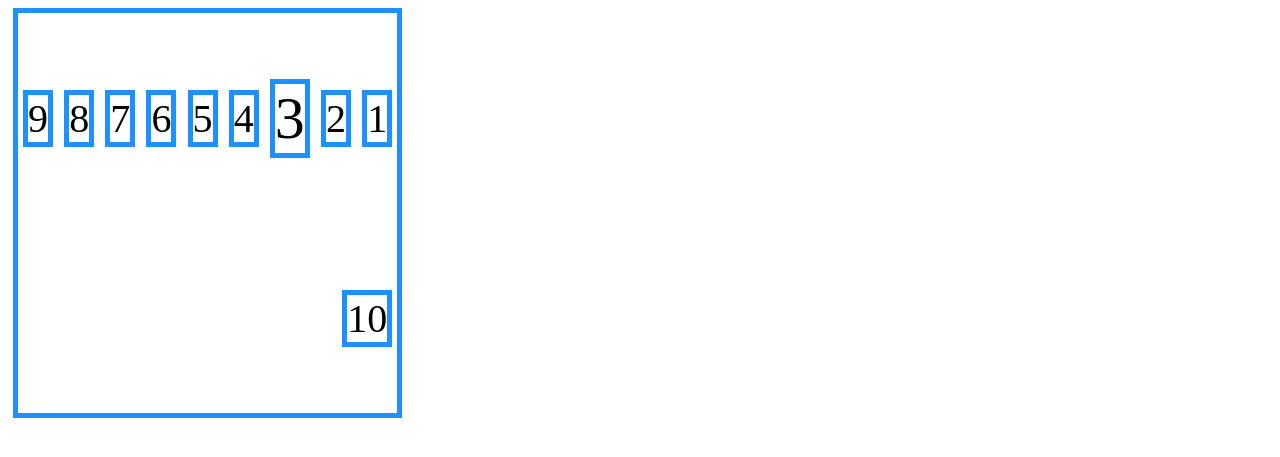
Repository: eversonps/flexbox-grid-css
Page: flexbox/flexbox1.html
These files come from the project's save history. The page is drawn as it stood at one moment and after the next save; the edit follows.
The browser window is 1280 px wide. The pictures show the whole page.

Above is the page before, as saved 2022-03-23 15:30:25.

### flexbox/flexbox1.html
<!DOCTYPE html>
<html>

<head>
    <meta charset="UTF-8">
    <title>Flexbox #01</title>
    <link rel="stylesheet" href="css/tag.css">
    <style>
        div {
            border: solid 5px dodgerblue;
            font-size: 40px;
            margin: 5px;
        }

        .big {
            font-size: 1.5em;
        }

        .flex-container {
            display: flex;
            flex-direction: column;
            flex-direction: column-reverse;
            flex-direction: row-reverse;
            flex-direction: row;
            width: 30%;
            flex-wrap: wrap;
            flex-wrap: wrap-reverse;
            flex-flow: row wrap;
            height: 200px;
            flex-flow: column-reverse wrap;
            flex-flow: row wrap;

            justify-content: flex-start;
            justify-content: center;
            justify-content: space-around;
            flex-direction: row-reverse;
            justify-content: space-between;

            /* Cross Axis */
            height: 400px;
            align-items: stretch;
            align-items: baseline;
            align-items: flex-start;
            align-items: flex-end;
            align-items: center;

            /* Mais de uma linha */
        }

    </style>
</head>

<body>
    <div class="flex-container">
        <div>1</div>
        <div>2</div>
        <div class="big">3</div>
        <div>4</div>
        <div>5</div>
        <div>6</div>
        <div>7</div>
        <div>8</div>
        <div>9</div>
        <div>10</div>
    </div>
</body>

</html>

Loaded but not shown: flexbox/css/tag.css (common file)

After the next save:
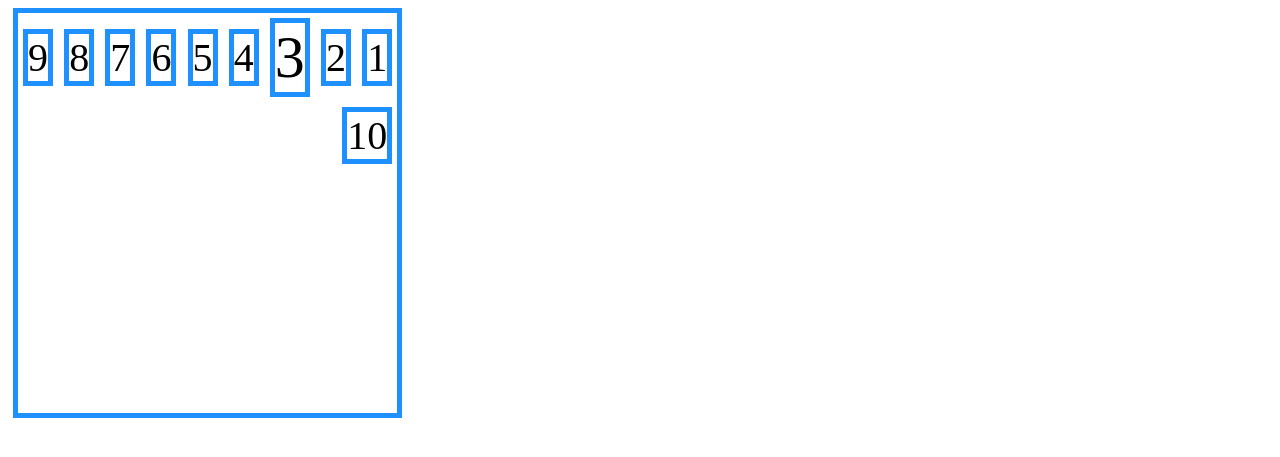
Saved 46 s later.
--- a/flexbox/flexbox1.html
+++ b/flexbox/flexbox1.html
@@ -45,6 +45,8 @@
             align-items: center;
 
             /* Mais de uma linha */
+
+            align-content: flex-start;
         }
 
     </style>
